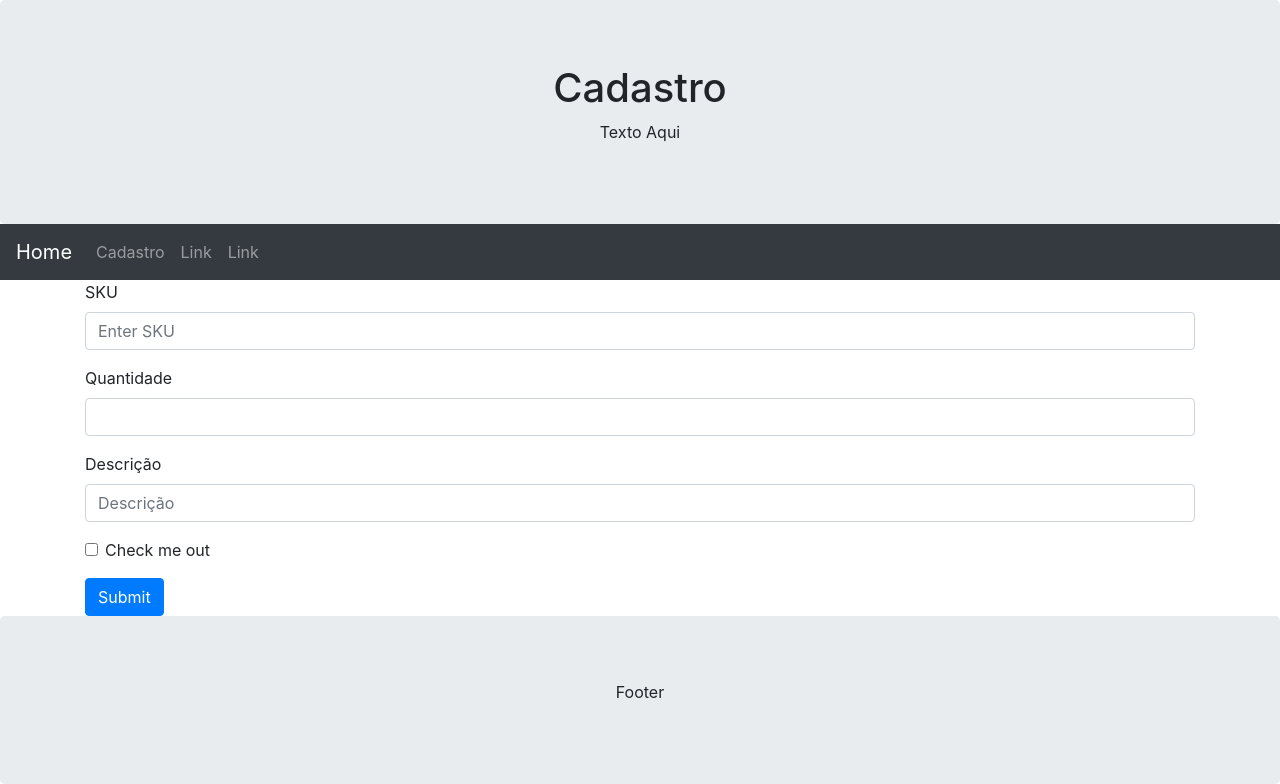
Repository: LucasLopesAguiar/JavaWeb-1
Page: sistemaweb/WebContent/cadastro.html
The author's editor kept a copy of each file at every save. The page is drawn from the files as they stood at one save, then again after the next save.
The browser window is 1280 px wide. The pictures show the whole page.

Above is the page before, as saved 2019-05-10 01:07:56.

### sistemaweb/WebContent/cadastro.html
<!DOCTYPE html>
<html lang="en">
<head>
  <title>Cadastro</title>
  <meta charset="utf-8">
  <meta name="viewport" content="width=device-width, initial-scale=1">
  <link rel="stylesheet" href="https://maxcdn.bootstrapcdn.com/bootstrap/4.3.1/css/bootstrap.min.css">
  <script src="https://ajax.googleapis.com/ajax/libs/jquery/3.4.0/jquery.min.js"></script>
  <script src="https://cdnjs.cloudflare.com/ajax/libs/popper.js/1.14.7/umd/popper.min.js"></script>
  <script src="https://maxcdn.bootstrapcdn.com/bootstrap/4.3.1/js/bootstrap.min.js"></script>
  <style>
  .fakeimg {
    height: 200px;
    background: #aaa;
  }
  </style>
</head>
<body>

<div class="jumbotron text-center" style="margin-bottom:0">
  <h1>Cadastro</h1>
  <p>Texto Aqui</p>
</div>

<nav class="navbar navbar-expand-sm bg-dark navbar-dark">
  <a class="navbar-brand" href="index.html">Home</a>
  <button class="navbar-toggler" type="button" data-toggle="collapse" data-target="#collapsibleNavbar">
    <span class="navbar-toggler-icon"></span>
  </button>
  <div class="collapse navbar-collapse" id="collapsibleNavbar">
    <ul class="navbar-nav">
      <li class="nav-item">
        <a class="nav-link" href="cadastro.html">Cadastro</a>
      </li>
      <li class="nav-item">
        <a class="nav-link" href="#">Link</a>
      </li>
      <li class="nav-item">
        <a class="nav-link" href="#">Link</a>
      </li>
    </ul>
  </div>
</nav>


<div class="container">
<form>
  <div class="form-group">
    <label for="exampleInputEmail1">SKU</label>
    <input type="text" class="form-control" id="inputSKU" placeholder="Enter SKU">
  </div>

  <div class="form-group">
    <label for="inputDesc">Quantidade</label>
    <input type="number" class="form-control" id="inputDesc" placeholder="">
  </div>

  <div class="form-group">
    <label for="inputDesc">Descrição</label>
    <input type="text" class="form-control" id="inputDesc" placeholder="Descrição">
  </div>

  <div class="form-group form-check">
    <input type="checkbox" class="form-check-input" id="exampleCheck1">
    <label class="form-check-label" for="exampleCheck1">Check me out</label>
  </div>
  <button type="submit" class="btn btn-primary">Submit</button>
</form>
</div>

<div class="jumbotron text-center" style="margin-bottom:0">
  <p>Footer</p>
</div>

</body>
</html>

After the next save:
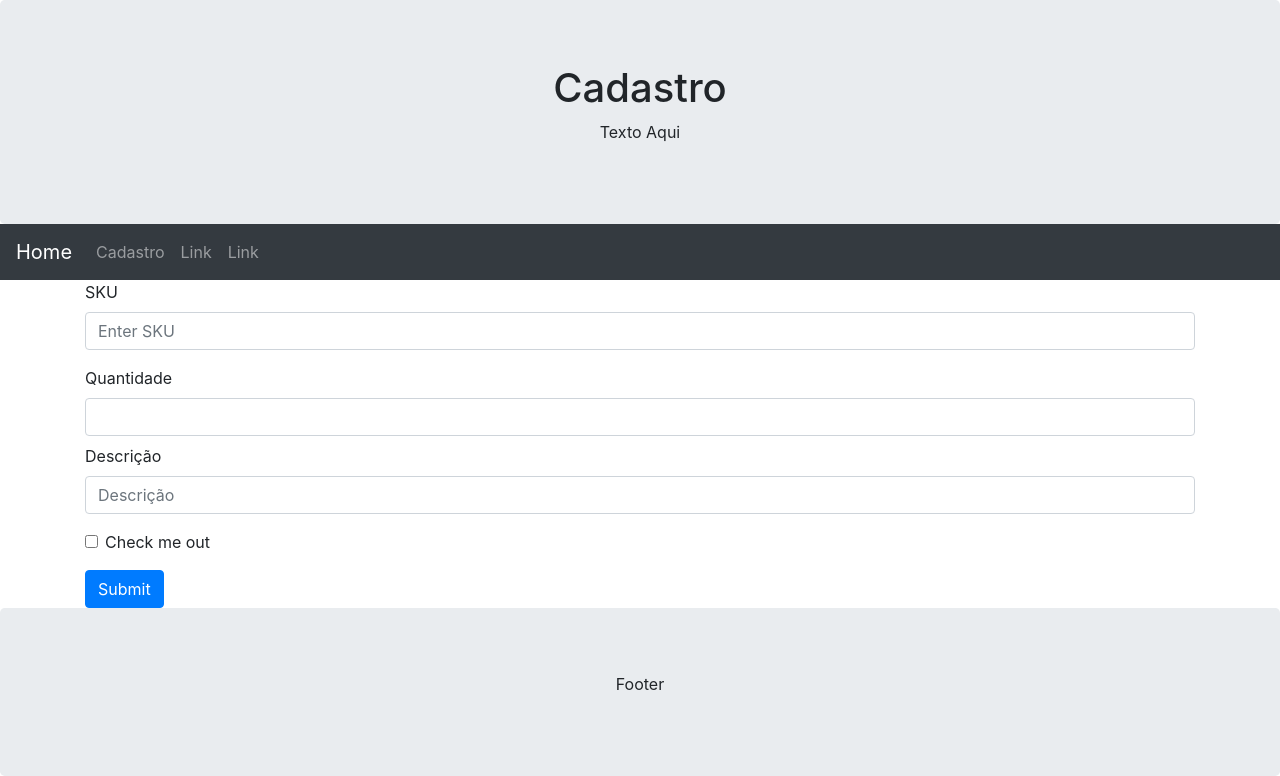
Saved 42 s later.
--- a/sistemaweb/WebContent/cadastro.html
+++ b/sistemaweb/WebContent/cadastro.html
@@ -50,7 +50,7 @@
     <input type="text" class="form-control" id="inputSKU" placeholder="Enter SKU">
   </div>
 
-  <div class="form-group">
+  <div class="form-group mb-2">
     <label for="inputDesc">Quantidade</label>
     <input type="number" class="form-control" id="inputDesc" placeholder="">
   </div>
